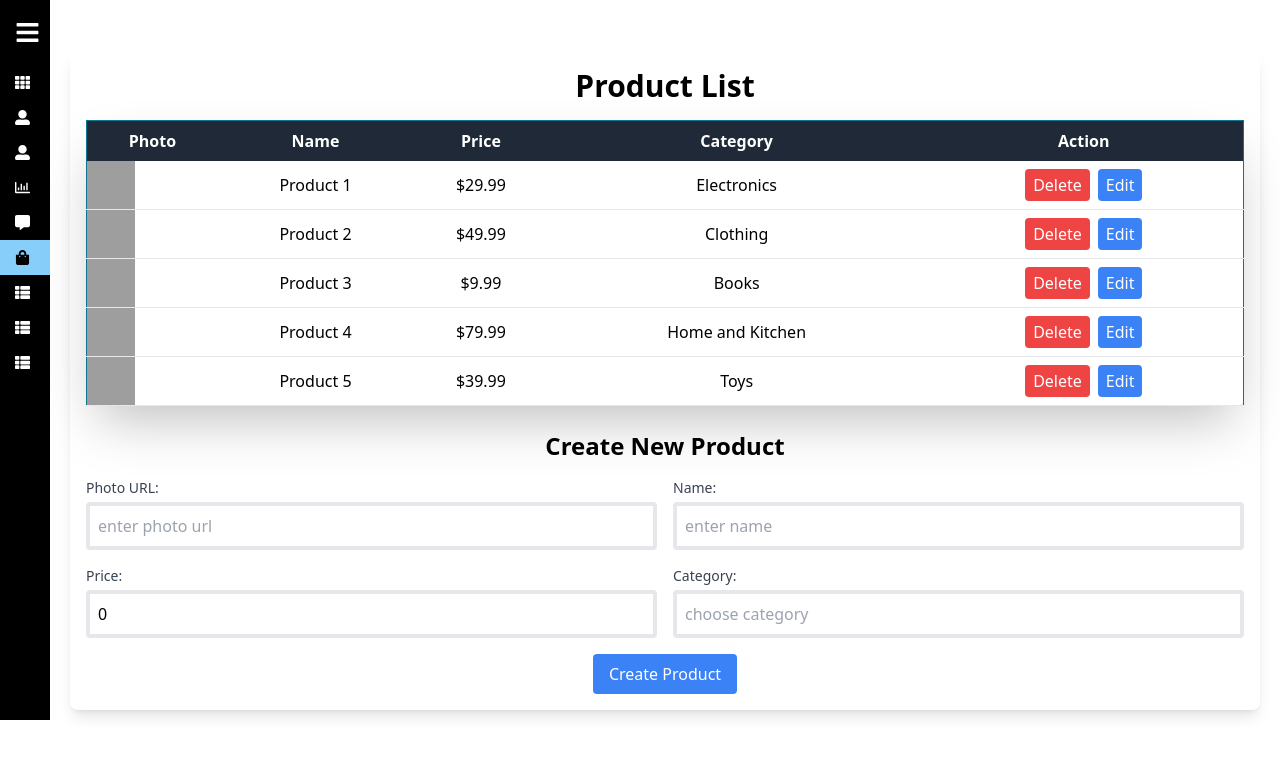
Repository: AndargWorku12/admin-dashboard
Page: /product
These files come from the project's save history. The page is drawn as it stood at one moment and after the next save; the edit follows.
The browser window is 1280 px wide. The pictures show the whole page.
Pictures or frames that could not be fetched are drawn as grey boxes. The project was rebuilt for these pictures with package versions that can differ from the ones it lists, and the page was loaded fresh each time. Also part of the build but not shown: src/pages/Dashboard.tsx, src/pages/Orders.tsx, src/pages/Category.tsx, src/pages/Login.tsx, src/pages/Analytics.tsx, src/pages/CustemerReview.tsx, src/pages/ShopCard.tsx, src/pages/SignUpForm.tsx.

Above is the page before, as saved 2024-01-25 23:28:38.

### src/index.tsx
import { ColorModeScript } from "@chakra-ui/react"
import * as React from "react"
import * as ReactDOM from "react-dom/client"
import App from "./App"
import './index.css'

const container = document.getElementById("root")
if (!container) throw new Error('Failed to find the root element');
const root = ReactDOM.createRoot(container)

root.render(

  <React.StrictMode>
    <ColorModeScript />
    <App />
  </React.StrictMode>,

)

### src/App.tsx

import React, {useState} from 'react';
import { BrowserRouter, Route, Routes } from 'react-router-dom';
import Sidebar from './components/Sidebar';
import Dashboard from './pages/Dashboard';
// import SignUpForm from './pages/LoginPopup'
import Orders from './pages/Orders';
import Category from './pages/Category';
import Login from './pages/Login'
import Analytics from './pages/Analytics';
import CustemerReview from './pages/CustemerReview';
import ProductList from './pages/ProductList';
import ShopCard from './pages/ShopCard';
import './App.css'
import SignUpForm from './pages/SignUpForm';




type SaleData = {
  date: string;
  amount: number;
};

type RevenueData = {
  month: string;
  revenue: number;
};

type Product = {
    id: string;
    photo: string;
    name: string;
    price: number;
    category: string;
};

type Order = {
    id: string;
    productName: string;
    quantity: number;
    totalPrice: number;

};

type CategoryType = {
  id: string;
  photo:string;
  name: string;
};



// Sample props for components
type DashboardProps = {
  saleData: SaleData[];
  revenueData: RevenueData[];
  // ... other props
};

type AnalyticsProps = {
  salesData: SaleData[];
  // ... other props
};

type ProductProps = {
  products: Product[];
  onUpdate: (productId: string, updatedProduct: Product) => void;

};




type OrderProps = {
  orders: Order[];
  // ... other props
};

type CategoryProps = {
  categories: CategoryType[];
  // ... other props
};







const App: React.FC = () => {


// for the product page to handle
  const [products, setProducts] = useState<Product[]>([


    {
      id: '1',
      photo: 'https://img.ltwebstatic.com/images3_pi/2022/01/10/16417919016a32607182dd11dedeb77e8324b683e8_thumbnail_900x.webp',
      name: 'Product 1',
      price: 29.99,
      category: 'Electronics',
    },
    {
      id: '2',
      photo: 'https://img.ltwebstatic.com/images3_pi/2022/01/10/16417919016a32607182dd11dedeb77e8324b683e8_thumbnail_900x.webp',
      name: 'Product 2',
      price: 49.99,
      category: 'Clothing',
    },
    {
      id: '3',
      photo: 'https://img.ltwebstatic.com/images3_pi/2022/01/10/16417919016a32607182dd11dedeb77e8324b683e8_thumbnail_900x.webp',
      name: 'Product 3',
      price: 9.99,
      category: 'Books',
    },
    {
      id: '4',
      photo: 'https://img.ltwebstatic.com/images3_pi/2022/01/10/16417919016a32607182dd11dedeb77e8324b683e8_thumbnail_900x.webp',
      name: 'Product 4',
      price: 79.99,
      category: 'Home and Kitchen',
    },
    {
      id: '5',
      photo: 'https://img.ltwebstatic.com/images3_pi/2022/01/10/16417919016a32607182dd11dedeb77e8324b683e8_thumbnail_900x.webp',
      name: 'Product 5',
      price: 39.99,
      category: 'Toys',
    },



  ]);

  // Function to handle creating a new product
  const handleCreate = (newProduct: Product) => {
    setProducts((prevProducts) => [...prevProducts, newProduct]);
  };

  // Function to handle updating a product

  const handleUpdate = (productId: string, newName: string, newPrice: number) => {
    setProducts((prevProducts) =>
      prevProducts.map((product) =>
        product.id === productId
          ? { ...product, name: newName, price: newPrice }
          : product
      )
    );
  };



  // Function to handle deleting a product
  const handleDelete = (productId: string) => {
    setProducts((prevProducts) => prevProducts.filter((product) => product.id !== productId));
  };

//  for AnalyticsPage
// for category page


const [categories, setCategories] = useState<CategoryType[]>([
  {
    id: '1',
    photo: 'https://plus.unsplash.com/premium_photo-1661662850226-83c981ed4eba?w=500&auto=format&fit=crop&q=60&ixlib=rb-4.0.3&ixid=M3wxMjA3fDB8MHxzZWFyY2h8MXx8bGFwdG9wJTIwY29tcHV0ZXJ8ZW58MHx8MHx8fDA%3D',
    name: 'Category 1',
  },
  {
    id: '2',
    photo: 'https://plus.unsplash.com/premium_photo-1661662850226-83c981ed4eba?w=500&auto=format&fit=crop&q=60&ixlib=rb-4.0.3&ixid=M3wxMjA3fDB8MHxzZWFyY2h8MXx8bGFwdG9wJTIwY29tcHV0ZXJ8ZW58MHx8MHx8fDA%3D',
    name: 'Category 2',
  },
  {
    id: '3',
    photo: 'https://plus.unsplash.com/premium_photo-1661662850226-83c981ed4eba?w=500&auto=format&fit=crop&q=60&ixlib=rb-4.0.3&ixid=M3wxMjA3fDB8MHxzZWFyY2h8MXx8bGFwdG9wJTIwY29tcHV0ZXJ8ZW58MHx8MHx8fDA%3D',
    name: 'Category 3',
  },
  {
    id: '4',
    photo: 'https://plus.unsplash.com/premium_photo-1661662850226-83c981ed4eba?w=500&auto=format&fit=crop&q=60&ixlib=rb-4.0.3&ixid=M3wxMjA3fDB8MHxzZWFyY2h8MXx8bGFwdG9wJTIwY29tcHV0ZXJ8ZW58MHx8MHx8fDA%3D',
    name: 'Category 4',
  },

]);

// Function to handle creating a new category
const handleCreateCategory = (newCategory: CategoryType) => {
  setCategories((prevCategories) => [...prevCategories, newCategory]);
};

const handleUpdateCategory = (categoryId: string, newName: string) => {
  setCategories((prevCategories) =>
    prevCategories.map((category) =>
      category.id === categoryId ? { ...category, name: newName } : category
    )
  );
};

// Function to handle deleting a category
const handleDeleteCategory = (categoryId: string) => {
  setCategories((prevCategories) => prevCategories.filter((category) => category.id !== categoryId));
};

  const saleData: SaleData[] = [
    { date: '2022-01-01', amount: 100 },
    { date: '2022-01-02', amount: 150 },
    { date: '2022-01-03', amount: 200 },
    { date: '2022-01-04', amount: 120 },
    { date: '2022-01-05', amount: 180 },
    { date: '2022-01-06', amount: 90 },
    { date: '2022-01-07', amount: 110 },
    { date: '2022-01-08', amount: 130 },
    { date: '2022-01-09', amount: 170 },
    { date: '2022-01-10', amount: 160 },
  ];

  const revenueData: RevenueData[] = [
    { month: 'January', revenue: 500 },
    { month: 'February', revenue: 700 },
    { month: 'March', revenue: 600 },
    { month: 'April', revenue: 800 },
    { month: 'May', revenue: 900 },
    { month: 'June', revenue: 750 },
    { month: 'July', revenue: 850 },
    { month: 'August', revenue: 950 },
    { month: 'September', revenue: 700 },
    { month: 'October', revenue: 850 },
  ];


   const [orders, setOrders] = useState<Order[]>([
    {
      id: '1',
      productName: 'Laptop',
      quantity: 2,
      totalPrice: 2000,
    },
    {
      id: '2',
      productName: 'Smartphone',
      quantity: 3,
      totalPrice: 1200,
    },
    {
      id: '3',
      productName: 'Headphones',
      quantity: 1,
      totalPrice: 100,
    },
    {
      id: '4',
      productName: 'Camera',
      quantity: 1,
      totalPrice: 800,
    },

   ]);

  // Function to create a new order
  const handleCreateOrder = (newOrder: Order) => {
    setOrders((prevOrders) => [...prevOrders, newOrder]);
  };

  // Function to delete an order
  const handleDeleteOrder = (orderId: string) => {
    const updatedOrders = orders.filter(order => order.id !== orderId);
    setOrders(updatedOrders);
  };

  // Function to update an order
  const handleUpdateOrder = (orderId: string, updatedOrder: Order) => {
    // Placeholder implementation: Updating the order in the list
    setOrders((prevOrders) =>
      prevOrders.map((order) =>
        order.id === orderId ? { ...order, ...updatedOrder } : order
      )
    );
  };

  return (
    <BrowserRouter>
    <Sidebar>
      <Routes>
        <Route path="/" element={<Dashboard saleData={saleData} revenueData={revenueData} />} />
        <Route path="/dashboard" element={<Dashboard saleData={saleData} revenueData={revenueData} />} />
       <Route path="/login" element={<Login/>}/>
        <Route path="/signup" element={<SignUpForm />} />
        <Route path="/review"element={<CustemerReview username="John" joinedDate="2022-01-01" reviewDate="2022-01-15" reviewText="Lorem ipsum" />}
/>

        <Route path="/analytics" element={<Analytics saleData={saleData} />} />
        <Route
  path="/product"
  element={<ProductList products={products} onCreate={handleCreate} onDelete={handleDelete} onUpdate={handleUpdate} />}
/>
        <Route path="/shop" element={<ShopCard />} />
        <Route
        path="/orders"
        element={
          <Orders
  orders={orders}
  onCreateOrder={handleCreateOrder}
  onDeleteOrder={handleDeleteOrder}
  onUpdateOrder={handleUpdateOrder}
/>
        }
      />

        <Route
            path="/category"
            element={<Category categories={categories} onCreate={handleCreateCategory} onDelete={handleDeleteCategory} onUpdate={handleUpdateCategory} />}
          />

      </Routes>
    </Sidebar>
  </BrowserRouter>
  );
};

export default App;

### src/components/Sidebar.tsx
import React, { useState } from 'react';
import ReactNode from "react";
import {
    FaTh,
    FaBars,
    FaUserAlt,
    FaRegChartBar,
    FaCommentAlt,
    FaShoppingBag,
    FaThList
} from 'react-icons/fa';
import { NavLink, NavLinkProps } from 'react-router-dom';



interface MenuItem {
    path: string;
    name: string;
    icon: JSX.Element;
}

interface SidebarProps {
  children: React.ReactNode;
}
    const Sidebar: React.FC<React.PropsWithChildren<{}>> = ({ children }) => {
    const [isOpen, setIsOpen] = useState(false);

    const toggle = () => setIsOpen(!isOpen);

    const menuItems: MenuItem[] = [
        {
            path: '/',
            name: 'Dashboard',
            icon: <FaTh />,
        },
        {
            path: '/login',
            name: 'Login',
            icon: <FaUserAlt />,
        },
        {
          path: '/signup',
          name: 'Register form',
          icon: <FaUserAlt />,
      },
        {
            path: '/analytics',
            name: 'Analytics',
            icon: <FaRegChartBar />,
        },
        {
            path: '/review',
            name: 'CustemerReview',
            icon: <FaCommentAlt />,
        },
        {
            path: '/product',
            name: 'Product',
            icon: <FaShoppingBag />,
        },
        {
            path: '/category',
            name: 'Category List',
            icon: <FaThList />,
        },
        {
          path: '/orders',
          name: 'Orders',
          icon: <FaThList />,
      },
      {
        path: '/shop',
        name: 'Sample product',
        icon: <FaThList />,
    },
    ];

    return (
        <div className="container">
            <div style={{ width: isOpen ? '200px' : '50px' }} className="sidebar">
                <div className="top_section">
                    <h1 style={{ display: isOpen ? 'block' : 'none' }} className="logo">
                        Logo
                    </h1>
                    <div style={{ marginLeft: isOpen ? '50px' : '0px' }} className="bars">
                        <FaBars onClick={toggle} />
                    </div>
                </div>
                {menuItems.map((item, index) => (
                    <NavLink to={item.path} key={index} className="link"
                    //  activeClassName="active"
                     >
                        <div className="icon">{item.icon}</div>
                        <div style={{ display: isOpen ? 'block' : 'none' }} className="link_text text-sm">
                            {item.name}
                        </div>
                    </NavLink>
                ))}
            </div>
            <main>{children}</main>
        </div>
    );
};

export default Sidebar;

### src/pages/ProductList.tsx
import React, { useState } from 'react';

interface Product {
  id: string;
  photo: string;
  name: string;
  price: number;
  category: string;
}

interface ProductListProps {
  products: Product[];
  onCreate: (newProduct: Omit<Product, 'id'> & { id?: string }) => void;
  onDelete: (productId: string) => void;
  onUpdate: (productId: string, newName: string, newPrice: number) => void;
}

const ProductList: React.FC<ProductListProps> = ({ products, onCreate, onDelete, onUpdate }) => {
  const [newProduct, setNewProduct] = useState<Omit<Product, 'id'> & { id?: string }>({
    photo: '',
    name: '',
    price: 0,
    category: '',
  });
  const [editingProduct, setEditingProduct] = useState<Product | null>(null);

  const handleCreateProduct = () => {
    onCreate({ ...newProduct, id: Date.now().toString() });
    setNewProduct({
      photo: '',
      name: '',
      price: 0,
      category: '',
    });
  };

  const handleUpdateProduct = () => {
    if (editingProduct) {
      onUpdate(editingProduct.id, editingProduct.name, editingProduct.price);
      setEditingProduct(null);
    }
  };

  const handleDeleteProduct = (id: string) => {
    onDelete(id);
  };

  const handleEditProduct = (product: Product) => {
    setEditingProduct(product);
  };

  return (
    <div className="container mx-auto my-8 p-4 bg-white shadow-lg rounded-lg block gap-64 text-center">
      <h2 className="text-3xl font-bold mb-4">Product List</h2>
      <table className="w-full border border-cyan-700 w-max-80 shadow-2xl rounded-lg">
        <thead>
          <tr className=' bg-gray-800 text-white'>
            <th className="py-2">Photo</th>
            <th className="py-2">Name</th>
            <th className="py-2">Price</th>
            <th className="py-2">Category</th>
            <th className="py-2">Action</th>
          </tr>
        </thead>
        <tbody>
          {products.map((product) => (
            <tr key={product.id} className="border-b">
              <td>
                <img src={product.photo} alt={product.name} className="w-12 h-12 object-cover" />
              </td>
              <td className="py-2">{product.name}</td>
              <td className="py-2">${product.price.toFixed(2)}</td>
              <td className="py-2">{product.category}</td>
              <td className="py-2">
                <button
                  onClick={() => handleDeleteProduct(product.id)}
                  className="bg-red-500 text-white px-2 py-1 rounded mr-2"
                >
                  Delete
                </button>
                <button
                  onClick={() => handleEditProduct(product)}
                  className="bg-blue-500 text-white px-2 py-1 rounded"
                >
                  Edit
                </button>
              </td>
            </tr>
          ))}
        </tbody>
      </table>

      <h2 className="text-2xl font-bold mt-6 mb-4">
        {editingProduct ? 'Edit Product' : 'Create New Product'}
      </h2>
      <div className="grid grid-cols-2 gap-4 text-start">
        <div>
          <label htmlFor="productPhoto" className="block text-sm font-medium text-gray-700">
            Photo URL:
          </label>
          <input
            type="text"
            id="productPhoto"
            placeholder='enter photo url'
            value={editingProduct ? editingProduct.photo : newProduct.photo}
            onChange={(e) =>
              editingProduct
                ? setEditingProduct({ ...editingProduct, photo: e.target.value })
                : setNewProduct({ ...newProduct, photo: e.target.value })
            }
            className="mt-1 p-2 border-4 rounded w-full"
          />
        </div>
        <div>
          <label htmlFor="productName" className="block text-sm font-medium text-gray-700">
            Name:
          </label>
          <input
            type="text"
            id="productName"
            placeholder='enter name'
            value={editingProduct ? editingProduct.name : newProduct.name}
            onChange={(e) =>
              editingProduct
                ? setEditingProduct({ ...editingProduct, name: e.target.value })
                : setNewProduct({ ...newProduct, name: e.target.value })
            }
            className="mt-1 p-2 border-4 rounded w-full"
          />
        </div>
        <div>
          <label htmlFor="productPrice" className="block text-sm font-medium text-gray-700">
            Price:
          </label>
          <input
            type="number"
            id="productPrice"
            placeholder='enter price'
            value={editingProduct ? editingProduct.price : newProduct.price}
            onChange={(e) =>
              editingProduct
                ? setEditingProduct({ ...editingProduct, price: +e.target.value })
                : setNewProduct({ ...newProduct, price: +e.target.value })
            }
            className="mt-1 p-2 border-4 rounded w-full"
          />
        </div>
        <div>
          <label htmlFor="productCategory" className="block text-sm font-medium text-gray-700">
            Category:
          </label>
          <input
            type="text"
            id="productCategory"
            placeholder='choose category'
            value={editingProduct ? editingProduct.category : newProduct.category}
            onChange={(e) =>
              editingProduct
                ? setEditingProduct({ ...editingProduct, category: e.target.value })
                : setNewProduct({ ...newProduct, category: e.target.value })
            }
            className="mt-1 p-2 border-4  rounded w-full"
          />
        </div>
      </div>
      <button
        onClick={editingProduct ? handleUpdateProduct : handleCreateProduct}
        className="mt-4 bg-blue-500 text-white px-4 py-2 rounded"
      >
        {editingProduct ? 'Update Product' : 'Create Product'}
      </button>
    </div>
  );
};

export default ProductList;

### src/App.css
* {
    margin: 0;
    padding: 0;
    text-decoration: none;
}

.container {
    display: flex;
}

main {
    width: 100%;
    padding: 20px;
}

.sidebar {
    background: #000;
    color: #fff;
    height: 100vh;
    width: 200px;
    transition: all 0.5s;
}

.top_section {
    display: flex;
    align-items: center;
    padding: 20px 15px;
}

.logo {
    font-size: 30px;
}

.bars {
    display: flex;
    font-size: 25px;
    margin-left: 50px;
}

.link {
    display: flex;
    color: #fff;
    padding: 10px 15px;
    gap: 15px;
    transition: all 0.5s;
}

.link:hover {
    background: lightskyblue;
    color: #000;
    transition: all 0.5s;
}

.active {
    background: lightskyblue;
    color: #000;
}

.icon,
.link_text {
    font-size: 15px;
}

Loaded but not shown: public/index.html (common file); src/index.css (common file); tailwind.config.js (common file)

After the next save:
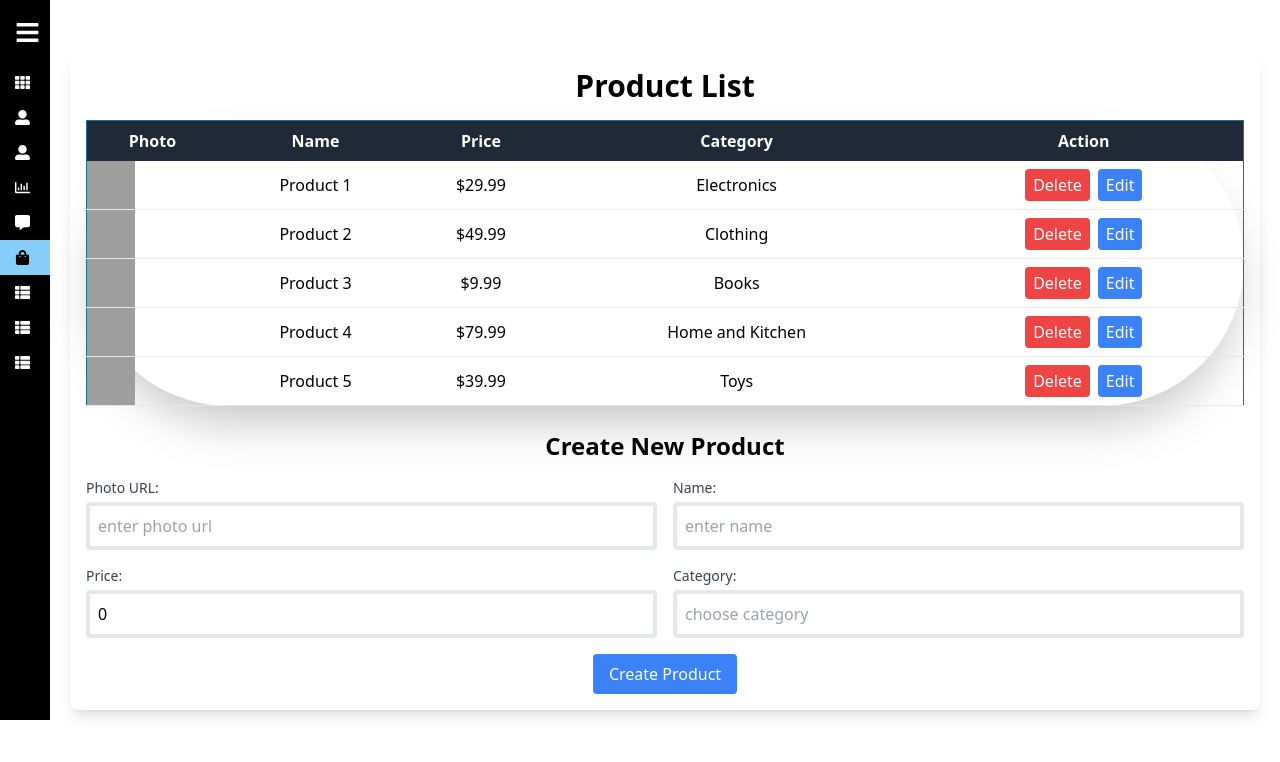
Saved 69 s later.
--- a/src/pages/ProductList.tsx
+++ b/src/pages/ProductList.tsx
@@ -52,7 +52,7 @@
   return (
     <div className="container mx-auto my-8 p-4 bg-white shadow-lg rounded-lg block gap-64 text-center">
       <h2 className="text-3xl font-bold mb-4">Product List</h2>
-      <table className="w-full border border-cyan-700 w-max-80 shadow-2xl rounded-lg">
+      <table className="w-full border border-cyan-700 w-max-80 shadow-2xl rounded-full">
         <thead>
           <tr className=' bg-gray-800 text-white'>
             <th className="py-2">Photo</th>

After the save that followed:
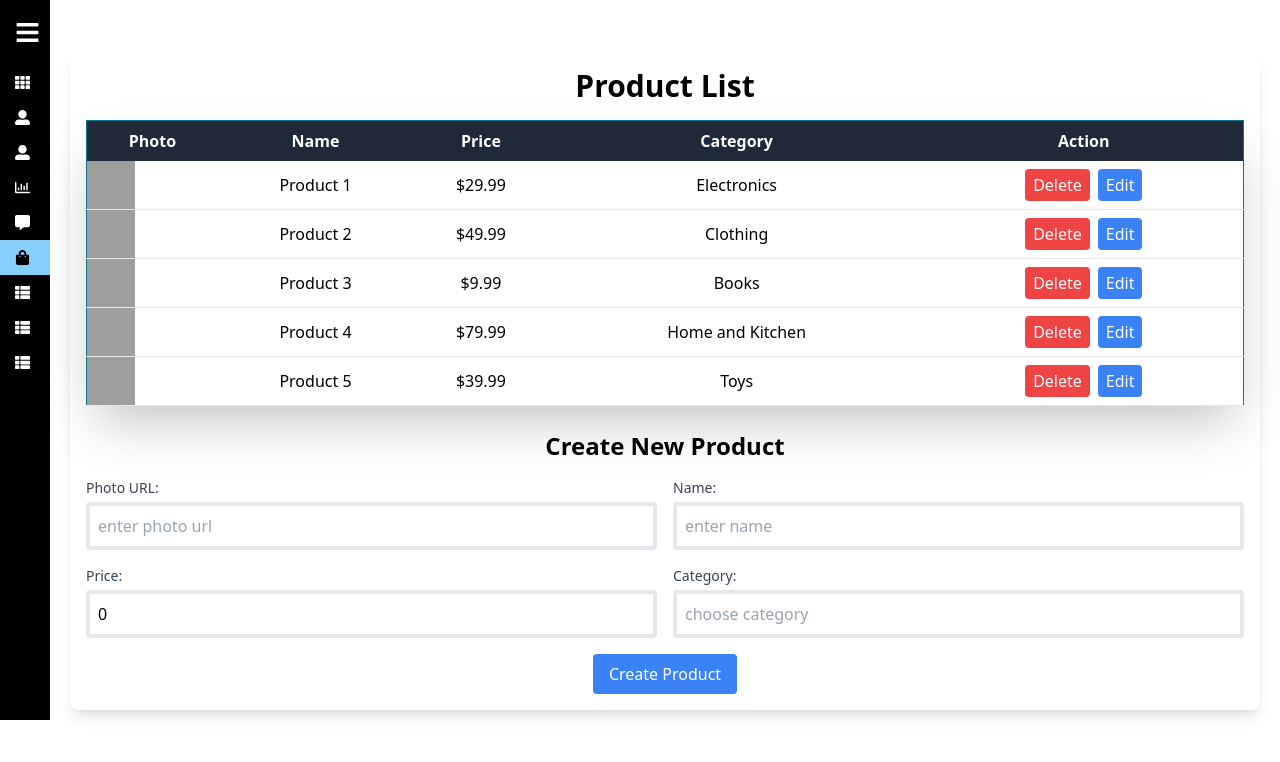
Saved 104 s later.
--- a/src/pages/ProductList.tsx
+++ b/src/pages/ProductList.tsx
@@ -52,7 +52,7 @@
   return (
     <div className="container mx-auto my-8 p-4 bg-white shadow-lg rounded-lg block gap-64 text-center">
       <h2 className="text-3xl font-bold mb-4">Product List</h2>
-      <table className="w-full border border-cyan-700 w-max-80 shadow-2xl rounded-full">
+      <table className="w-full border border-cyan-700 w-max-80 shadow-2xl rounded-tl rounded-tr-lg">
         <thead>
           <tr className=' bg-gray-800 text-white'>
             <th className="py-2">Photo</th>
